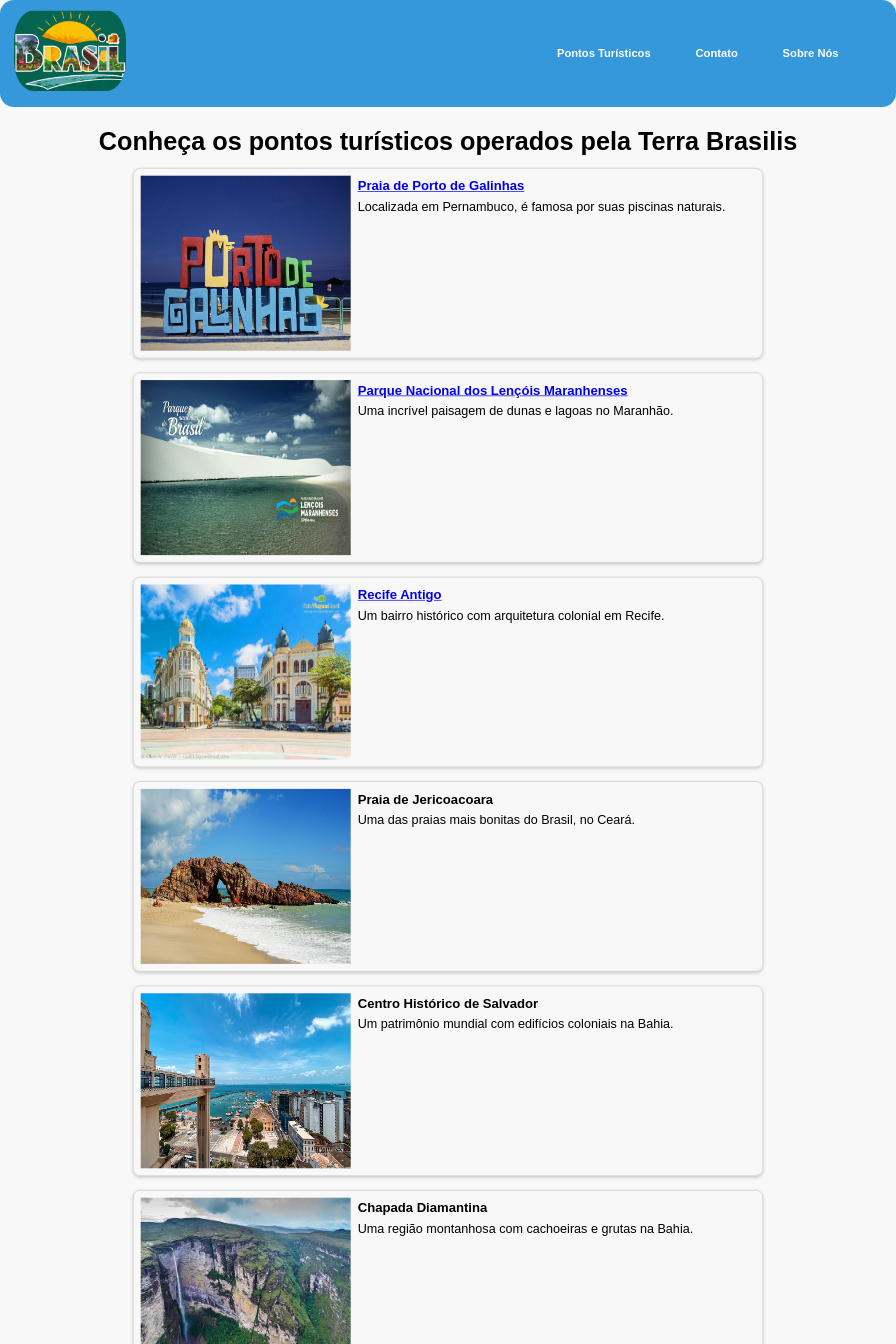
Repository: rodrigototy/ETE-PE
Page: tourism-agency/pages/pontos_turisticos.html
The author's editor kept a copy of each file at every save. The page is drawn from the files as they stood at one save, then again after a run of saves.
The browser window is 1280 px wide. The pictures show the part of the page from y = 0 to 1920 px (the page is 3328 px tall), at 70% of full size.

Above is the page before, as saved 2024-04-04 22:59:26.

After the next 4 saves:
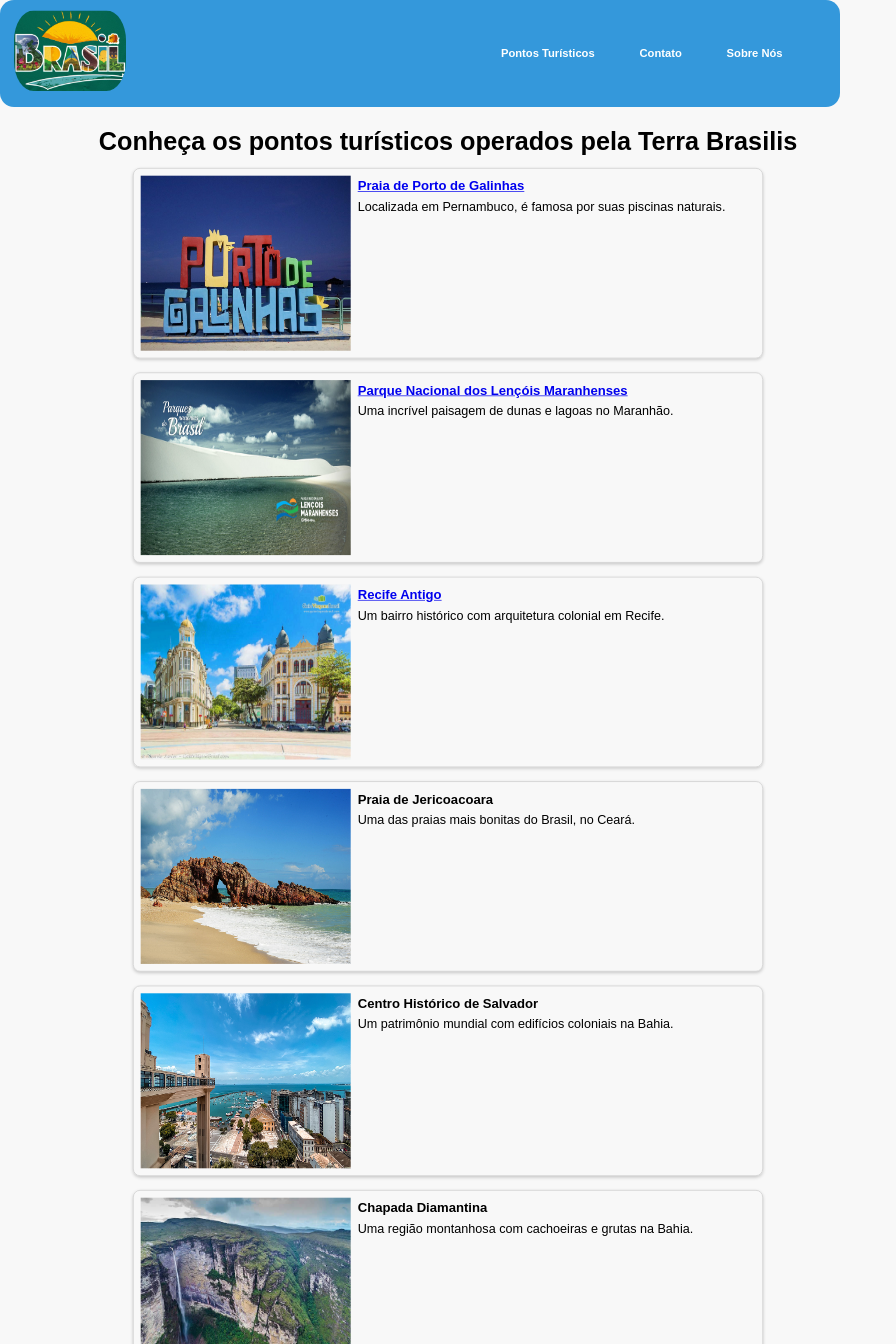
The 4 saves are shown as one change because they came seconds apart.
The last was saved 2 min 12 s later.
--- a/tourism-agency/static/css/modules/module-header.css
+++ b/tourism-agency/static/css/modules/module-header.css
@@ -7,6 +7,7 @@ header {
   display: flex;
   justify-content: space-between;
   align-items: center;
+  max-width: 1200px;
 }
 
 header img {
